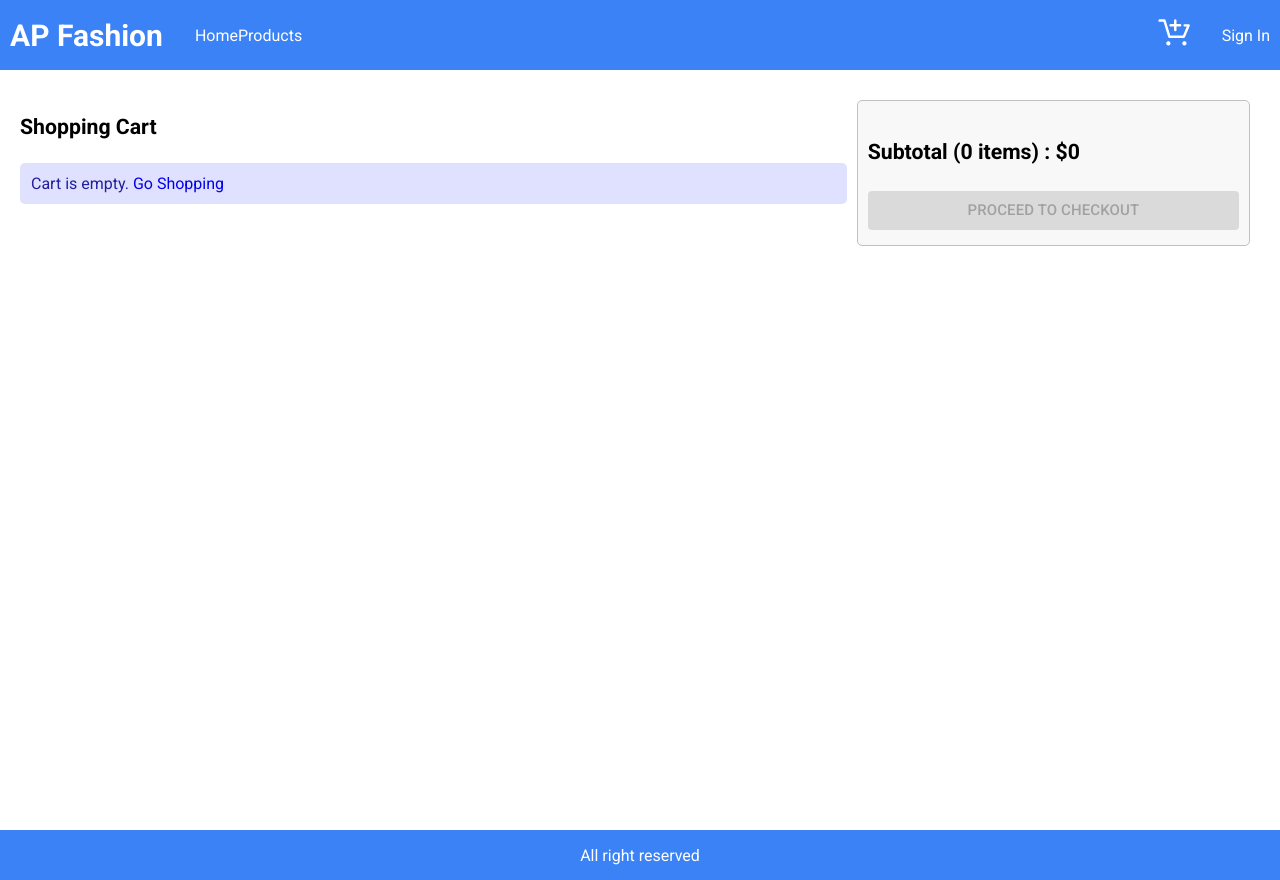
Repository: rexhep/e-commerce
Page: /cart (app in frontend/)
An editor plug-in stored every save of this project. The page is shown before and after the next save, followed by the edit.
The browser window is 1280 px wide. The pictures show the whole page.
An inner scrolling area shows only its first screen. The project was rebuilt for these pictures with package versions that can differ from the ones it lists, and the page was loaded fresh each time. Also part of the build but not shown: frontend/src/actions/userActions.js, frontend/src/components/clientHeader/ClientHeader.jsx, frontend/src/components/Rating.js, frontend/src/components/Product.js, frontend/src/components/LoadingBox.js, frontend/src/actions/productActions.js, frontend/src/components/clientHeader/HeaderSlider.jsx, frontend/src/components/SearchFilters.jsx and 25 more.

Above is the page before, as saved 2021-10-20 23:47:27.

### frontend/public/index.html
<!DOCTYPE html>
<html lang="en">
  <head>
    <meta charset="utf-8" />
    <link rel="icon" href="%PUBLIC_URL%/favicon.ico" />
    <meta name="viewport" content="width=device-width, initial-scale=1" />
    <meta name="theme-color" content="#000000" />
    <meta
      name="description"
      content="Web site created using create-react-app"
    />
    <link rel="apple-touch-icon" href="%PUBLIC_URL%/logo192.png" />
    <!--
      manifest.json provides metadata used when your web app is installed on a
      user's mobile device or desktop. See https://developers.google.com/web/fundamentals/web-app-manifest/
    -->
    <link rel="manifest" href="%PUBLIC_URL%/manifest.json" />
    <!--
      Notice the use of %PUBLIC_URL% in the tags above.
      It will be replaced with the URL of the `public` folder during the build.
      Only files inside the `public` folder can be referenced from the HTML.

      Unlike "/favicon.ico" or "favicon.ico", "%PUBLIC_URL%/favicon.ico" will
      work correctly both with client-side routing and a non-root public URL.
      Learn how to configure a non-root public URL by running `npm run build`.
    -->
    <link
        rel="stylesheet"
        href="https://cdnjs.cloudflare.com/ajax/libs/font-awesome/4.7.0/css/font-awesome.min.css"
      />
      <link rel="preconnect" href="https://fonts.googleapis.com">
      <link href="https://fonts.googleapis.com/css2?family=Roboto:ital,wght@0,100;0,300;0,400;0,500;0,700;0,900;1,100;1,300;1,400;1,500;1,700;1,900&display=swap" rel="stylesheet">
    <title>React App</title>
  </head>
  <body>
    <noscript>You need to enable JavaScript to run this app.</noscript>
    <div id="root"></div>
    <!--
      This HTML file is a template.
      If you open it directly in the browser, you will see an empty page.

      You can add webfonts, meta tags, or analytics to this file.
      The build step will place the bundled scripts into the <body> tag.

      To begin the development, run `npm start` or `yarn start`.
      To create a production bundle, use `npm run build` or `yarn build`.
    -->
  </body>
</html>

### frontend/src/index.js
import React from 'react';
import { Provider } from 'react-redux';
import ReactDOM from 'react-dom';
import './index.css';
import App from './App';
import reportWebVitals from './reportWebVitals';
import store from './store';

ReactDOM.render(
  <Provider store={store}>
    <React.StrictMode>
      <App />
    </React.StrictMode>
  </Provider>,
  document.getElementById('root')
);

// If you want to start measuring performance in your app, pass a function
// to log results (for example: reportWebVitals(console.log))
// or send to an analytics endpoint. Learn more: https://bit.ly/CRA-vitals
reportWebVitals();

### frontend/src/index.css
html {
  font-size: 62.5%; /* 16px x 62.5 = 10px = 1rem */
  box-sizing: border-box;
}

body {
  margin: 0;
  /* height: 100vh; */
  font-size: 1.6rem;
  font-family: 'Roboto', sans-serif;
  -webkit-font-smoothing: antialiased;
  -moz-osx-font-smoothing: grayscale;
  overflow-x: hidden;
}
#root {
  height: 100vh;
}

/* Layout */
.primary-container {
  margin-top: 20px;
}
.grid-container {
  display: grid;
  grid-template-areas:
  'header'
  'main'
  'footer';
  grid-template-columns: 1fr;
  grid-template-rows: 5rem 1fr 5rem;
  height: 100%;
}

header {
  grid-area: header;
  background-color: #3B82F6;
  height: 50px;
}

main {
  /* grid-area: main;
  padding: 1rem; */
}

footer {
  grid-area: footer;
  background-color: #3B82F6;
  height: 50px;
  color: #fff
}
/* Common */
h1 {
  font-size: 1.8rem;
  padding: 1rem 0;
}

h2 {
  font-size: 1.6rem;
  padding: 1rem 0;
}
a {
  text-decoration: none;
}
a:hover {
  color: #ff8000;
}
ul {
  padding: 0;
  margin: 0;
  list-style-type: none;
}
li {
  margin-top: 1rem;
}

.mr-20 {
  margin-right: 20px;
}

input,
select,
textarea,
button {
  padding: 1rem;
  border-radius: 0.5rem;
  border: 0.1rem #a4a4a4 solid;
  font-size: 1.6rem;
  font-family: Helvetica, Arial, sans-serif;
  -webkit-font-smoothing: antialiased;
  -moz-osx-font-smoothing: grayscale;
}

button {
  background-color: #f8f8f8;
  cursor: pointer;
}

#fade-button {
  color: #fff;
  font-size: 1.6rem;
}
#fade-button:hover {
  border: none;
}

input:hover,
select:hover,
textarea:hover,
button:hover {
  border: 0.1rem #404040 solid;
}
button.primary {
  background-color: #f0c040;
}
button.block {
  width: 100%;
}

button.small {
  font-size: 1.2rem;
}

/* Header */
header {
  color: #fff;
  padding: 1rem;
}
header div a {
  color: #fff;
}
a.brand {
  color: white;
  font-size: 3rem;
  font-weight: bold;
}
.badge {
  background-color: #f02020;
  color: #ffffff;
  border-radius: 50%;
  padding: 0.2rem 0.7rem;
  font-size: 1.4rem;
  margin-left: 0.2rem;
}
.row {
  display: flex;
  flex-wrap: wrap;
  justify-content: space-between;
  align-items: center;
}
.row.center {
  justify-content: center;
}
.row.top {
  align-items: flex-start;
}
.col-1 {
  flex: 1 1 25rem;
}
.col-2 {
  flex: 2 1 50rem;
}

.min-30 {
  min-width: 30rem;
}

/* Image */
img {
  border-radius: 0.5rem;
}
img.small {
  max-width: 5rem;
  width: 100%;
}
img.medium {
  max-width: 29rem;
  width: 100%;
}
img.large {
  width: 100%;
}
img.custom-image {
  max-width: 29rem;
  width: 100%;
  max-height: 600px;
  height: 100%;
}

/* SLIDER */
.slider-cover {
  float: left;
  width: 100%;
  height: 500px;
}

.slider-cover .desc {
  position: absolute;
  left: 50%;
  top: 50%;
  transform: translate(-50%, -50%);
  -ms-transform: translate(-50%, -50%); /* for IE 9 */
  -webkit-transform: translate(-50%, -50%); /* for Safari */
}

.slider-cover .desc h2.title {
  font-size: 32px;
  color: #fff;
  text-align: center;
  font-weight: 700;
}

.slider-cover .desc p {
  color: #fff;
  font-size: 16px;
  text-align: center;
  font-weight: 300;
}


/* Card */
.card {
  border: 0.1rem #c0c0c0 solid;
  background-color: #f8f8f8;
  border-radius: 0.5rem;
  margin: 1rem;
}
.card-body {
  padding: 1rem;
}

.card-body > * {
  margin-bottom: 0.5rem;
}

.custom-card {
  overflow: visible !important;
}

.custom-item, .custom-card {
  box-shadow: none !important;
  border-radius: 0 !important;
}

.custom-item {
  border:solid 1px #ccc9c9;
}

.custom-card-content a h2 {
  font-size: 18px;
  color: #1F2937;
  font-weight: 300;
    text-transform: uppercase;
}

.custom-card-content .rating span {
  font-size: 14px;
  font-weight: 300;
}

.custom-card-content .price {
  font-size: 18px;
  font-weight: 700;
  padding-top: 20px;
}

.custom-card img {
  border-radius: 0;
}

.test {
  z-index: 9999;
  background-color: red;
}

.price {
  font-size: 2rem;
}

/* Rating */
.rating span {
  color: #f0c040;
  margin: 0.1rem;
}
.rating span:last-child {
  color: #404040;
}

/* Alert */
.loading {
  display: block !important;
}
.success {
  color: #20a020;
}
.danger {
  color: #a02020;
}

.alert {
  padding: 1rem;
  border: 0.1rem solid transparent;
  border-radius: 0.5rem;
}
.alert-info {
  color: #2020a0;
  background-color: #e0e0ff;
}
.alert-danger {
  color: #a02020;
  background-color: #ffe0e0;
}

.alert-success {
  color: #20a020;
  background-color: #eeffe0;
}

/* Form */
.form {
  max-width: 60rem;
  margin: 0 auto;
}
.form > div {
  display: flex;
  flex-direction: column;
  margin: 1rem;
}
.form label {
  margin: 1rem 0;
}

/* Dropdown */
.dropdown {
  display: inline-block;
  position: relative;
}
.dropdown-content {
  position: absolute;
  display: none;
  right: 0;
  min-width: 12rem;
  padding: 1rem;
  z-index: 1;
  background-color: #203040;
  margin: 0;
  margin-top: 0.4rem;
  border-radius: 0.5rem;
}
.dropdown:hover .dropdown-content {
  display: block;
}

/* Checkout Steps */
.checkout-steps > div {
  border-top: 0.3rem #c0c0c0 solid;
  color: #c0c0c0;
  flex: 1;
  padding: 1rem;
  font-weight: bold;
}
.checkout-steps > div.active {
  border-top-color: #f08000;
  color: #f08000;
}

/* Table */
.table {
  width: 100%;
  border-collapse: collapse;
}
.table tbody tr:nth-of-type(odd) {
  background-color: #f4f4f4;
}
.table td,
.table th {
  text-align: left;
  border: 0.1rem solid #e4e4e4;
  padding: 0.5rem;
}
.table button {
  margin: 0 0.2rem;
}

/* font-SIZE */
.fontSize, .fontSize a {
  font-size: 1.6rem !important;
  color: #333 !important;
}
.fontSize-avatar {
  color: #fff;
  font-size: 1.6rem !important;
}

/* AVATAR ICON */
.avatar-icon {
  margin-left: 10px !important;
}
.avatar-icon:hover {
  border: 0;
}

/* SPINNER */
.spinner-box {
  width: 100%;
  height: 85vh;
  display: flex;
  justify-content: center;
  align-items: center;
  background-color: transparent;
}
.three-quarter-spinner {
  width: 50px;
  height: 50px;
  border: 3px solid #fb5b53;
  border-top: 3px solid transparent;
  border-radius: 50%;
  animation: spin .5s linear 0s infinite;
}

/* END SPINNER */

/* PRODUCT DETAILS */
.product-details {
  padding: 20px;
}
.product-details-image {
  width: 100%;
}

.product-details-image img {
  width: auto;
  max-height: 500px;
  margin: 0 auto;
  display: block;
  border: solid 1px;
  border-radius: 0;
}

.product-details h1 {
  text-transform: uppercase;
  font-family: 'Roboto', sans-serif;
}

.product-details ul li {
  font-family: 'Roboto', sans-serif;
  font-weight: 300;
}

/* END PRODUCT DETAILS */

/* SEARCH FILTER */
.search-filter-main {
  display: block;
  float: left;
  width: 100%;
}
.search-filters {
  display: flex;
  align-items: center;
  justify-content: space-between;
  padding: 15px 0;
  margin: 40px 0;
  border-top: 1px dashed rgba(#2e7bf7, 0.1);
  border-bottom: 1px dashed rgba(#2e7bf7, 0.1);
}
.search-filters input[type="text"] {
  display: block;
  flex: 1;
  padding: 10px 0;
  outline: none;
  font-family: inherit;
  font-size: 20px;
  font-weight: 300;
  color: #000;
  border: none;
  background: none;
}
.search-filters::placeholder {
  font-style: italic;
  color: rgba(#000, 0.3);
}

.search-filters > div {
  display: flex;
  align-items: center;
}

.search-filters > p {
    margin: 0 20px 0 0;
    font-size: 14px;
    font-style: italic;
    font-weight: 400;
    text-align: right;
}

.search-filters > span {
  display: inline-block;
  margin-left: 10px;
  font-size: 12px;
}


.search-filters .slider {
  min-width: 200px;
  height: 30px;
}

.search-filters .slider .track {
    top: 50%;
    height: 8px;
    margin: -4px 0 0;
    background: #3B82F6;
    border-radius: 99px;
  }

  .search-filters .slider .track-1 {
    background:#2868cf
  }

  .search-filters .slider .thumb {
    top: 50%;
    width: 20px;
    height: 20px;
    cursor: pointer;
    outline: none;
    transform: translate(0, -50%);
    background: #3B82F6;
    border-radius: 4px;
    transition: 120ms background-color;
  }

  .search-filters .slider:before {
      content: attr(aria-valuenow);
      position: absolute;
      left: 50%;
      bottom: 100%;
      font-size: 12px;
      font-style: italic;
      line-height: 20px;
      padding: 0 5px;
      color: #fff;
      background: rgba(#000, 0.8);
      border-radius: 4px;
      opacity: 0;
      transform: translate(-50%, -5px) scale(0.5);
      transform-origin: center 25px;
      transition: 120ms transform ease-in-out, 120ms opacity;
      pointer-events: none;
    }

    .search-filters .slider:after {
      content: '';
      position: absolute;
      left: 50%;
      bottom: 100%;
      opacity: 0;
      border: 3px solid transparent;
      border-top-color: rgba(#000, 0.8);
      transform: translate(-50%, 0) scale(0.5);
      transform-origin: center bottom;
      transition: 120ms transform ease-in-out, 120ms opacity;
      pointer-events: none;
    }

  .search-filters .slider:hover:before, .search-filters .slider:hover.active:before {
      opacity: 1;
      transform: translate(-50%, -5px) scale(1);
    }

  .search-filters .slider:hover:after, .search-filters .slider:hover:after {
    opacity: 1;
    transform: translate(-50%, 1px) scale(1);
    }
/* END SEARCH FILTER */

/* IMAGE DETAILS */
.carousel-container {
  margin: 20px;
}

.selected-image {
  width: 100%;
  height: 500px;
  margin-bottom: 8px;
  background-position: center center;
  background-repeat: no-repeat;
  background-size: cover;
}

.carousel {
  position: relative;
}

/* .carousel__images {
  display: flex;
  max-width: 100%;
  overflow-x: hidden;
} */

.carousel__image-selected {
  border: 3px solid #ffa700 !important;
}

.carousel__image {
  margin-right: 10px;
  height: 150px;
  /* min-width: 150px; */
  border: 3px solid #ffa70000;
  background-position: center center;
  background-repeat: no-repeat;
  background-size: cover;
}

.carousel__button {
  position: absolute;
  top: 40%;
}

.carousel__button-left {
  left: 10px;
  background-image: url('./pages/products/images/prev.png');
  background-repeat: no-repeat;
  width: 50px;
  height: 50px;
  background-position: center;
  border-radius: 50%;
  border: none;
  background-color: #fff;
  box-shadow: 0px 5px 25px 0px rgb(0 0 0 / 10%);
  z-index: 9999;
}

.carousel__button-right {
  right: 10px;
  background-image: url('./pages/products/images/next.png');
  background-repeat: no-repeat;
  width: 50px;
  height: 50px;
  background-position: center;
  border-radius: 50%;
  border: none;
  background-color: #fff;
  box-shadow: 0px 5px 25px 0px rgb(0 0 0 / 10%);
  z-index: 9999;
}
/* END IMAGE_DETAILS */

/* KEYFRAMES */

@keyframes spin {
  from {
    transform: rotate(0);
  }
  to{
    transform: rotate(359deg);
  }
}

@keyframes spin3D {
  from {
    transform: rotate3d(.5,.5,.5, 360deg);
  }
  to{
    transform: rotate3d(0deg);
  }
}

@keyframes configure-clockwise {
  0% {
    transform: rotate(0);
  }
  25% {
    transform: rotate(90deg);
  }
  50% {
    transform: rotate(180deg);
  }
  75% {
    transform: rotate(270deg);
  }
  100% {
    transform: rotate(360deg);
  }
}

@keyframes configure-xclockwise {
  0% {
    transform: rotate(45deg);
  }
  25% {
    transform: rotate(-45deg);
  }
  50% {
    transform: rotate(-135deg);
  }
  75% {
    transform: rotate(-225deg);
  }
  100% {
    transform: rotate(-315deg);
  }
}

@keyframes pulse {
  from {
    opacity: 1;
    transform: scale(1);
  }
  to {
    opacity: .25;
    transform: scale(.75);
  }
}

### frontend/src/components/privateRoute.js
import React from 'react';
import { useSelector } from 'react-redux';
import { Redirect, Route } from 'react-router-dom';

export default function PrivateRoute({ component: Component, ...rest }) {
    const userSignin = useSelector((state) => state.userSignin);
    const { userInfo } = userSignin;
    return (
        <Route
            {...rest}
            render={(props) =>
                userInfo ? (
                    <Component {...props}></Component>
                ) : (
                    <Redirect to="/signin" />
                )
            }
        ></Route>
    );
}

### frontend/src/components/AdminRoute.js
import React from 'react';
import { useSelector } from 'react-redux';
import { Redirect, Route } from 'react-router-dom';

export default function AdminRoute({ component: Component, ...rest }) {
    const userSignin = useSelector((state) => state.userSignin);
    const { userInfo } = userSignin;
    return (
        <Route
            {...rest}
            render={(props) =>
                userInfo && userInfo.isAdmin ? (
                    <Component {...props}></Component>
                ) : (
                    <Redirect to="/signin" />
                )
            }
        ></Route>
    )
}

### frontend/src/components/clientHeader/ClientNavbar.jsx
import React from 'react';
import { useSelector } from 'react-redux';
import { Link } from 'react-router-dom';
import { makeStyles } from '@material-ui/core';
import addToCartImage from '../../components/clientHeader/images/add-to-cart.png';
import ClientHeader from '../clientHeader/ClientHeader';

const useStyles = makeStyles((theme) => ({
    dashboardDropdown: {
        padding: "0px 10px",
        '& a': {
            textTransform: 'uppercase'
        }
    },
    addToCartSector: {
        position: 'relative',
        marginLeft: 'auto',
        '& .badge': {
            position: "absolute",
            right: -15
        }
    },
    rowHeader: {
        display: "flex",
        alignItems: "center",
        justifyContent: "flex-end",
        flexWrap: "wrap",
        rowGap: "10px",
        columnGap: "2em"
    }
  }));

export default function ClientNavbar() {
    const classes = useStyles();
    const cart = useSelector(state => state.cart);
    const { cartItems } = cart;

    const userSignin = useSelector((state) => state.userSignin);
    const { userInfo } = userSignin;

    return (
        <div>
                <header className={classes.rowHeader}>
                    <div>
                        <Link className="brand" to="/">AP Fashion</Link>
                    </div>
                    <div>
                        <Link to="/">Home</Link>
                        <Link to="/all-products">Products</Link>
                    </div>
                    <div className={classes.addToCartSector}>
                        <Link to="/cart">
                        <img src={addToCartImage} alt="Add to cart" />
                            {cartItems.length > 0 && (
                                <span className="badge">{cartItems.length}</span>
                            )}
                        </Link>
                    </div>
                    <div>
                        {userInfo ? (
                            <div className="dropdown">
                                <ClientHeader />
                            </div>
                        ) : (
                            <Link to="/signin">Sign In</Link>
                        )}
                        {userInfo && userInfo.isAdmin && (
                            <div className={`${classes.dashboardDropdown} dropdown`}>
                                <Link to="/dashboard">Dashboard</Link>
                            </div>
                        )}
                    </div>
                </header>
            </div>
    )
}

### frontend/src/constants/productContants.js
export const PRODUCT_LIST_REQUEST = 'PRODUCT_LIST_REQUEST';
export const PRODUCT_LIST_SUCCESS = 'PRODUCT_LIST_SUCCESS';
export const PRODUCT_LIST_FAIL = 'PRODUCT_LIST_FAIL';

export const PRODUCT_DETAILS_REQUEST = 'PRODUCT_DETAILS_REQUEST';
export const PRODUCT_DETAILS_SUCCESS = 'PRODUCT_DETAILS_SUCCESS';
export const PRODUCT_DETAILS_FAIL = 'PRODUCT_DETAILS_FAIL';

export const PRODUCT_REGISTER_REQUEST = 'PRODUCT_REGISTER_REQUEST';
export const PRODUCT_REGISTER_SUCCESS = 'PRODUCT_REGISTER_SUCCESS';
export const PRODUCT_REGISTER_FAIL = 'PRODUCT_REGISTER_FAIL';

Loaded but not shown: frontend/src/reportWebVitals.js (common file); frontend/src/components/MessageBox.js (common file); frontend/src/constants/cartContstant.js (common file); frontend/src/pages/CartPage.js (173 lines, source omitted); frontend/src/reducers/orderReducers.js (108 lines, source omitted); frontend/src/reducers/userReducer.js (70 lines, source omitted); frontend/src/App.js (50 lines, source omitted); frontend/src/store.js (53 lines, source omitted); frontend/src/reducers/productReducers.js (40 lines, source omitted); frontend/src/actions/cartActions.js (43 lines, source omitted); frontend/src/reducers/cartReducers.js (39 lines, source omitted); frontend/src/constants/orderConstants.js (26 lines, source omitted); frontend/src/constants/userConstants.js (22 lines, source omitted)

After the next save:
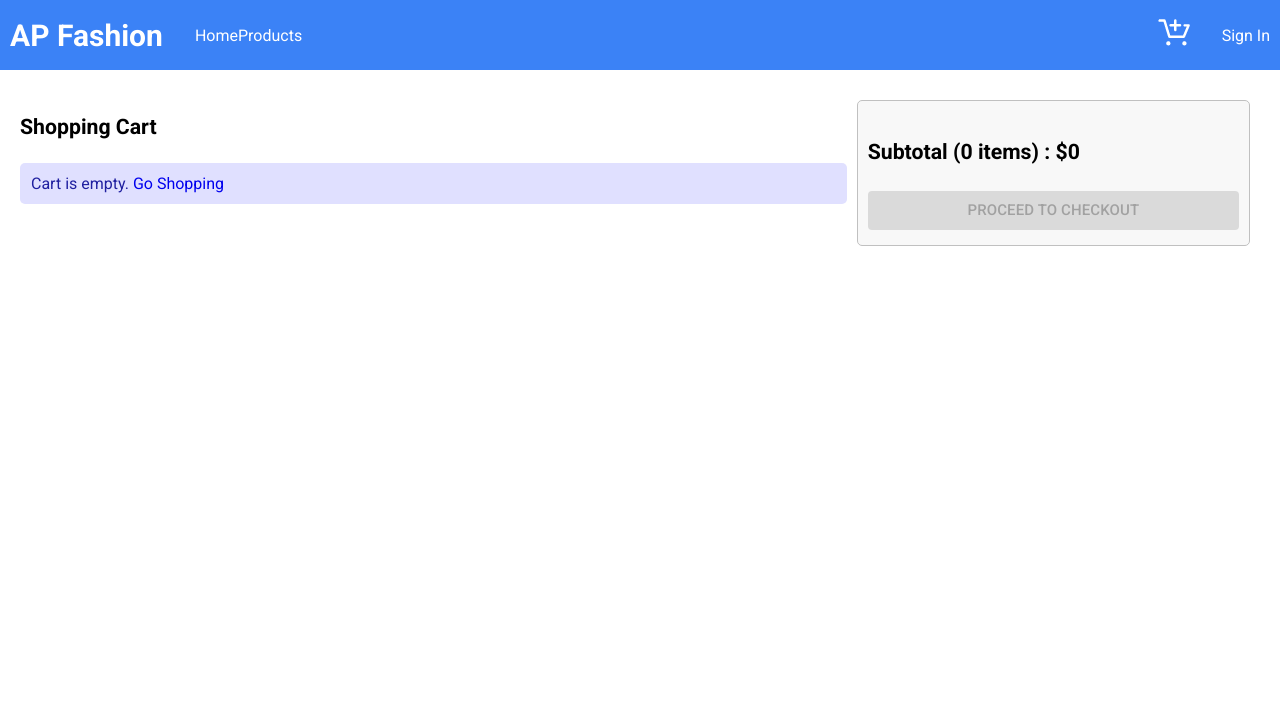
Saved 76 s later.
--- a/frontend/src/index.css
+++ b/frontend/src/index.css
@@ -1,6 +1,10 @@
 html {
   font-size: 62.5%; /* 16px x 62.5 = 10px = 1rem */
   box-sizing: border-box;
+}
+
+html, body {
+  overflow: auto;
 }
 
 body {

After the save that followed:
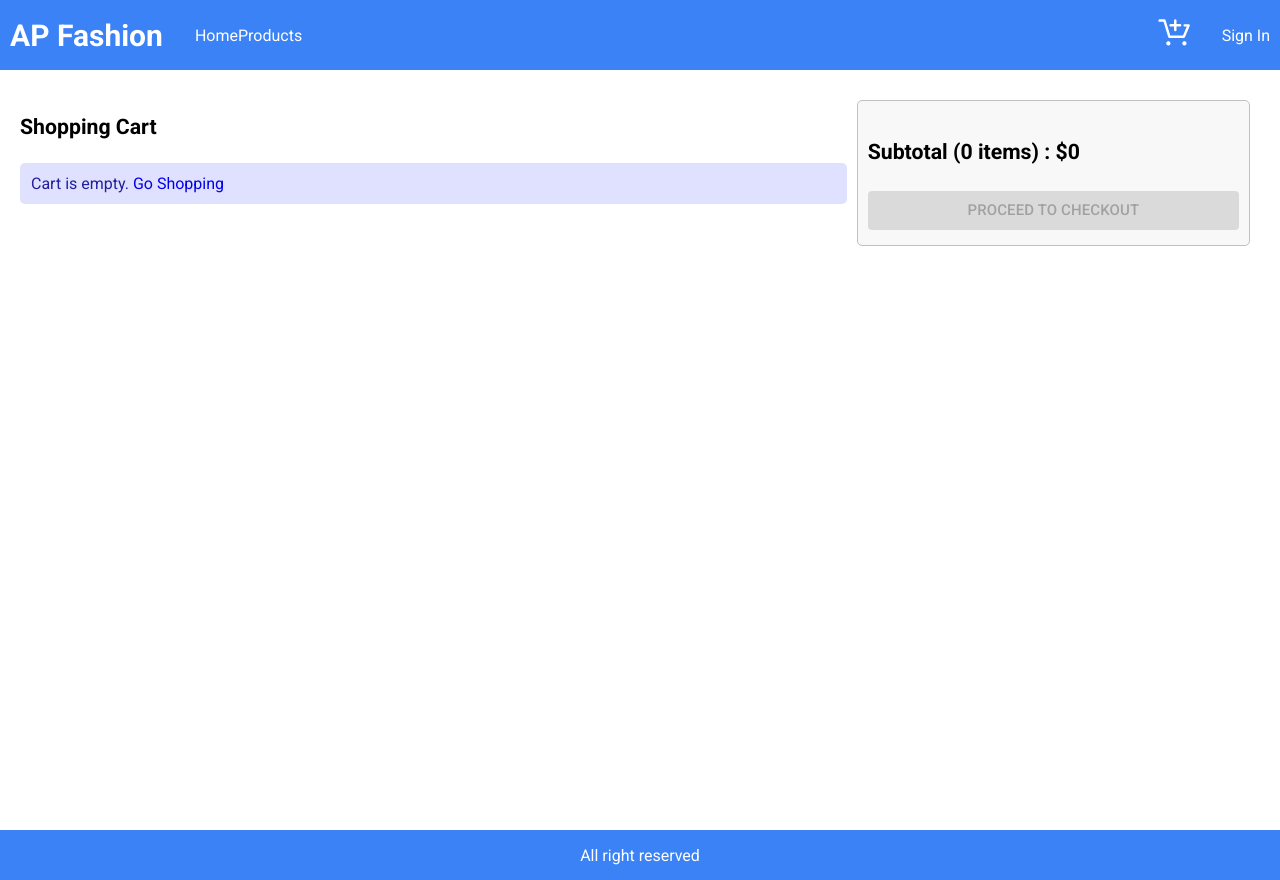
Saved 2 min 49 s later.
--- a/frontend/src/index.css
+++ b/frontend/src/index.css
@@ -17,7 +17,8 @@
   overflow-x: hidden;
 }
 #root {
-  height: 100vh;
+  float: left;
+  width: 100%;
 }
 
 /* Layout */
@@ -44,13 +45,17 @@
 main {
   /* grid-area: main;
   padding: 1rem; */
+  float: left;
+  width: 100%;
 }
 
 footer {
   grid-area: footer;
   background-color: #3B82F6;
   height: 50px;
-  color: #fff
+  color: #fff;
+  float: left;
+  width: 100%;
 }
 /* Common */
 h1 {
